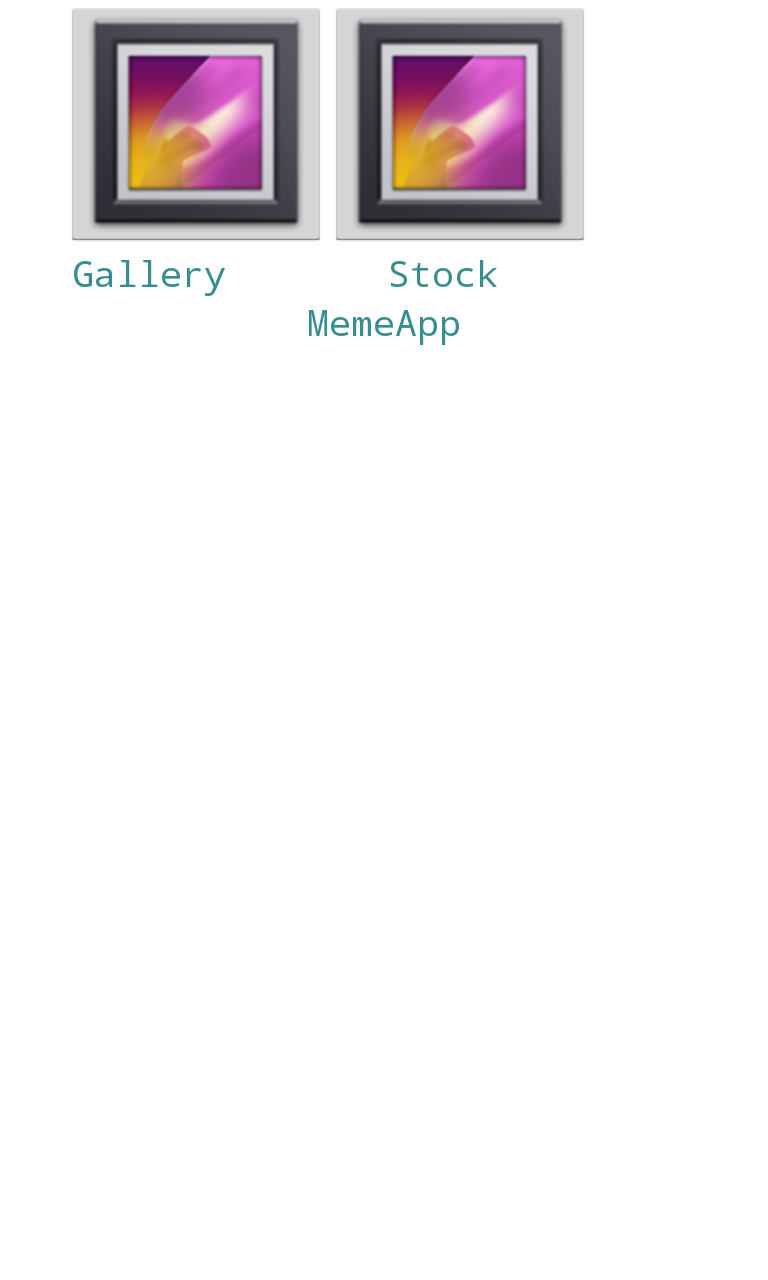
Repository: njb26/3093_Software_Engineering_2013
Layout: app/workspace/MemeApp/res/layout/activity_selection.xml
These files come from the project's save history. The layout is drawn as it stood at one moment and after the next save; the edit follows.
It is drawn on a 768 x 1280 px phone screen (xhdpi) without system bars, with theme AppTheme; the app's code is not run.

Above is the layout before, as saved 2013-05-23 21:34:28.

After the next save:
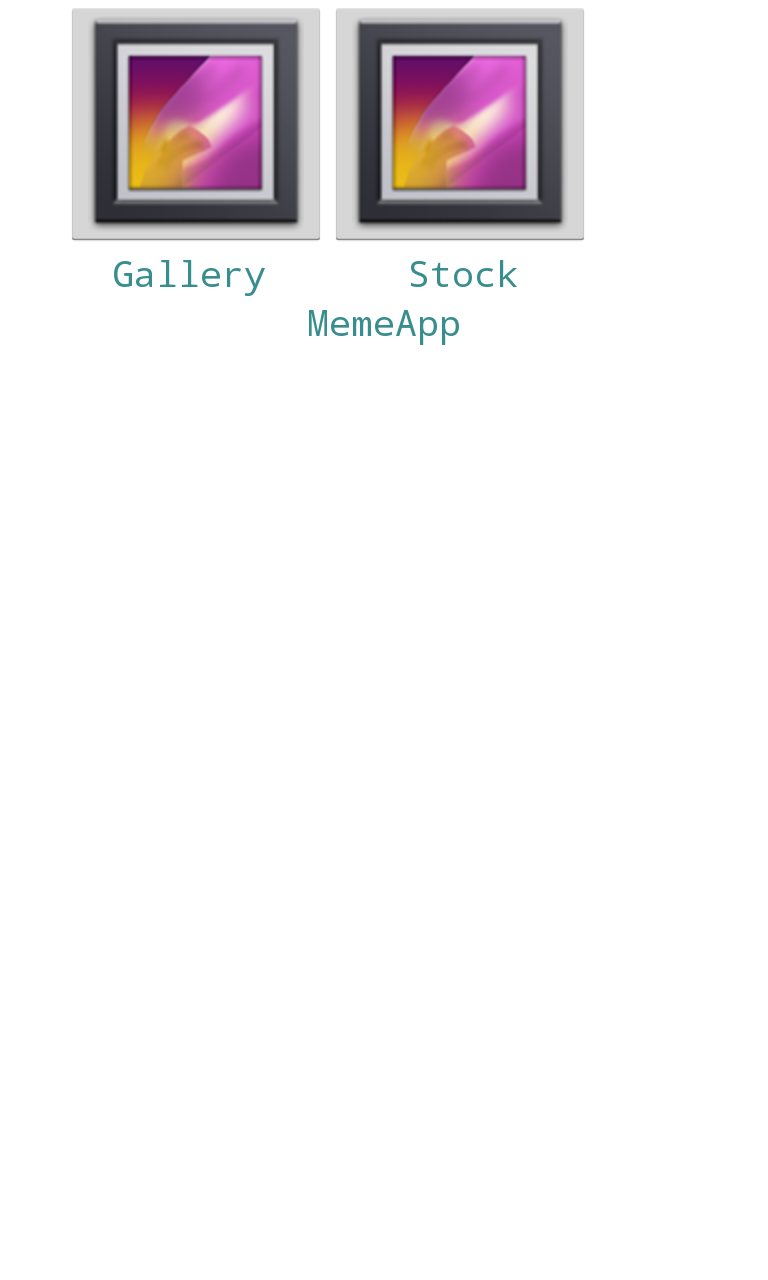
Saved 9 s later.
--- a/app/workspace/MemeApp/res/layout/activity_selection.xml
+++ b/app/workspace/MemeApp/res/layout/activity_selection.xml
@@ -30,7 +30,7 @@
      <LinearLayout
    	    android:layout_width="match_parent"
     	android:layout_height="wrap_content"
-    	android:paddingLeft="20dp"
+    	android:paddingLeft="40dp"
     	android:paddingRight="16dp"
     	android:orientation="horizontal">
     	<TextView
